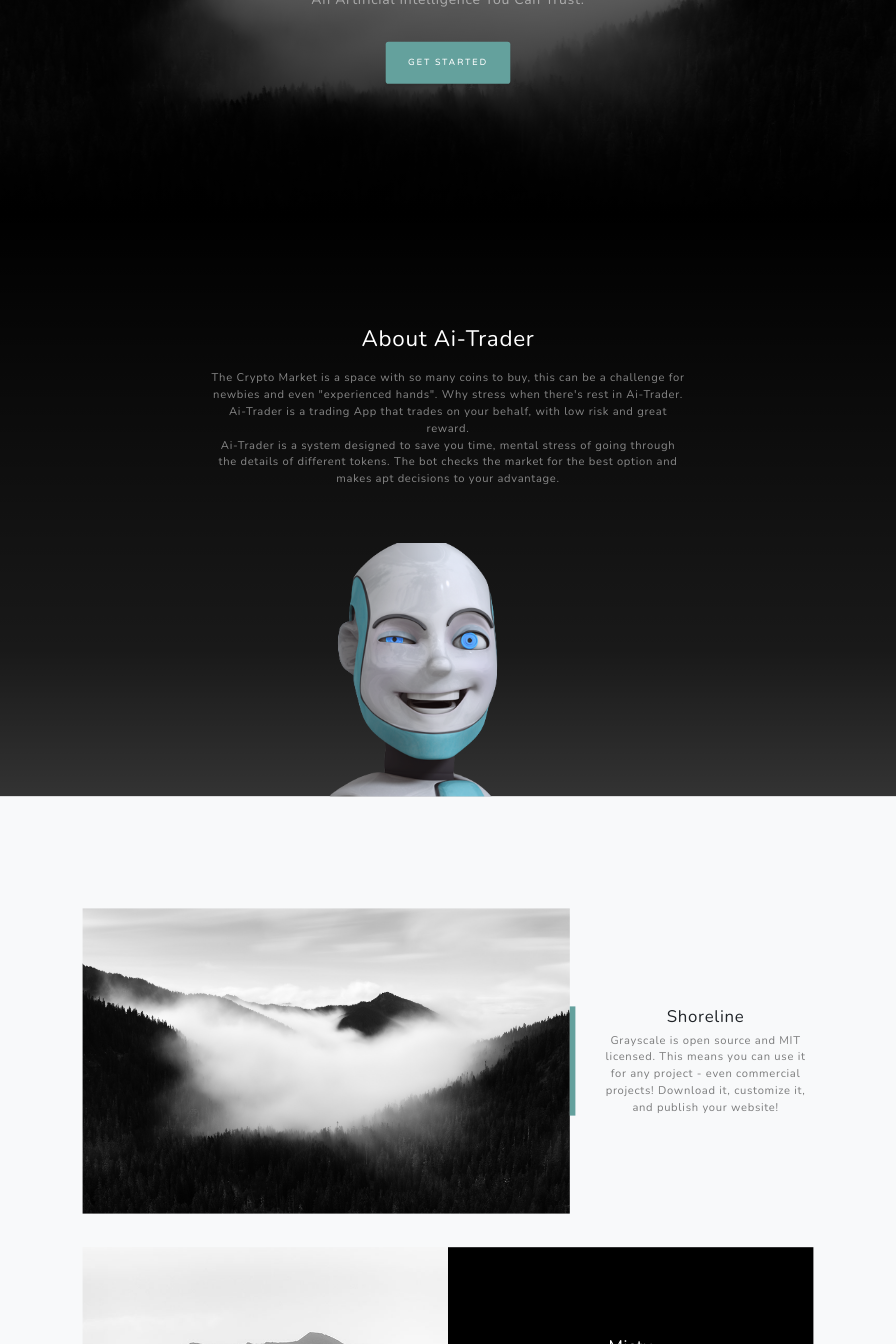
Repository: seyicoded/ico_one
Page: docs/index.html
These files come from the project's save history. The page is drawn as it stood at one moment and after the next save; the edit follows.
The browser window is 1280 px wide. The pictures show the part of the page from y = 414 to 2334 px (the page is 4197 px tall), at 70% of full size.

Above is the page before, as saved 2022-02-13 16:28:03.

### docs/index.html
<!DOCTYPE html>
<html lang="en">
    <head>
        <meta charset="utf-8" />
        <meta name="viewport" content="width=device-width, initial-scale=1, shrink-to-fit=no" />
        <meta name="description" content="" />
        <meta name="author" content="" />
        <title>Ai-Trader</title>
        <link rel="icon" type="image/x-icon" href="assets/favicon.ico" />
        <!-- Font Awesome icons (free version)-->
        <script src="https://use.fontawesome.com/releases/v5.15.4/js/all.js" crossorigin="anonymous"></script>
        <!-- Google fonts-->
        <link href="https://fonts.googleapis.com/css?family=Varela+Round" rel="stylesheet" />
        <link href="https://fonts.googleapis.com/css?family=Nunito:200,200i,300,300i,400,400i,600,600i,700,700i,800,800i,900,900i" rel="stylesheet" />
        <!-- Core theme CSS (includes Bootstrap)-->
        <link href="css/styles.css" rel="stylesheet" />
        <link href="css/animate.css" rel="stylesheet" />
        <link href="css/custom.css" rel="stylesheet" />
        <script src="js/jquery.js"></script>
        <script src="js/wow.js"></script>
        <script src="js/bs.js"></script>
        <script type="text/javascript">
            //Initiat WOW JS
            window.onload = function(){
                $("#loaderr").hide();
                new WOW().init();
            }
            // new WOW().init();
        </script>
        <style>
            #loaderr{
                position: fixed;
                z-index: 99;
                top: 0;
                bottom: 0;
                left: 0;
                right: 0;
                background: linear-gradient(grey, black);
                display: flex;
                justify-content: center;
                align-items: center;
            }
            #skip-loader{
                position: fixed;
                bottom: 3%;
                right: 3%;
                background-color: transparent;
                color: white;
                border: none;
            }
        </style>
    </head>
    <body id="page-top">
        <!--  loader start -->
        <div id="loaderr">
            <img src="assets/svg/Spin-0.5s-247px.svg" />
            <button id="skip-loader" onclick="$('#loaderr').hide()">skip</button>
        </div>
        <!-- loader stop -->

        <!-- Navigation-->
        <nav class="navbar navbar-expand-lg navbar-light fixed-top" id="mainNav">
            <div class="container px-4 px-lg-5">
                <a class="navbar-brand" href="#page-top">Ai-Trader</a>
                <button class="navbar-toggler navbar-toggler-right" type="button" data-bs-toggle="collapse" data-bs-target="#navbarResponsive" aria-controls="navbarResponsive" aria-expanded="false" aria-label="Toggle navigation">
                    Menu
                    <i class="fas fa-bars"></i>
                </button>
                <div class="collapse navbar-collapse" id="navbarResponsive">
                    <ul class="navbar-nav ms-auto">
                        <li class="nav-item"><a class="nav-link" href="#about">About</a></li>
                        <li class="nav-item"><a class="nav-link" href="#projects">Projects</a></li>
                        <li class="nav-item"><a class="nav-link" href="#signup">Contact</a></li>
                    </ul>
                </div>
            </div>
        </nav>
        <!-- Masthead-->
        <header class="masthead">
            <div class="container px-4 px-lg-5 d-flex h-100 align-items-center justify-content-center">
                <div class="d-flex justify-content-center">
                    <div class="text-center">
                        <h1 class="mx-auto my-0 text-uppercase wow fadeIn animated" data-wow-duration="1090ms" data-wow-delay="1000ms">We Got You Covered</h1>
                        <h2 class="text-white-50 mx-auto mt-2 mb-5 wow fadeIn animated" data-wow-duration="1090ms" data-wow-delay="1300ms">An Artificial Intelligence You Can Trust.</h2>
                        <a class="btn btn-primary wow fadeIn animated" href="#about"  data-wow-duration="1090ms" data-wow-delay="1600ms">Get Started</a>
                    </div>
                </div>
            </div>
        </header>
        <!-- About-->
        <section class="about-section text-center" id="about">
            <div class="container px-4 px-lg-5">
                <div class="row gx-4 gx-lg-5 justify-content-center">
                    <div class="col-lg-8">
                        <h2 class="text-white mb-4">About Ai-Trader</h2>
                        <p class="text-white-50">
                            The Crypto Market is a space with so many coins to buy, this can be a challenge for newbies and even "experienced hands". Why stress when there's rest in Ai-Trader. <br />
                            Ai-Trader is a trading App that trades on your behalf, with low risk and great reward. <br />
                            Ai-Trader is a system designed to save you time, mental stress of going through the details of different tokens. The bot checks the market for the best option and makes apt decisions to your advantage.
                        </p>
                    </div>
                </div>
                <img class="img-fluid" src="assets/img/ipad.png" alt="..." />
            </div>
        </section>
        <!-- Projects-->
        <section class="projects-section bg-light" id="projects">
            <div class="container px-4 px-lg-5">
                <!-- Featured Project Row-->
                <div class="row gx-0 mb-4 mb-lg-5 align-items-center">
                    <div class="col-xl-8 col-lg-7"><img class="img-fluid mb-3 mb-lg-0" src="assets/img/bg-masthead.jpg" alt="..." /></div>
                    <div class="col-xl-4 col-lg-5">
                        <div class="featured-text text-center text-lg-left">
                            <h4>Shoreline</h4>
                            <p class="text-black-50 mb-0">Grayscale is open source and MIT licensed. This means you can use it for any project - even commercial projects! Download it, customize it, and publish your website!</p>
                        </div>
                    </div>
                </div>
                <!-- Project One Row-->
                <div class="row gx-0 mb-5 mb-lg-0 justify-content-center">
                    <div class="col-lg-6"><img class="img-fluid" src="assets/img/demo-image-01.jpg" alt="..." /></div>
                    <div class="col-lg-6">
                        <div class="bg-black text-center h-100 project">
                            <div class="d-flex h-100">
                                <div class="project-text w-100 my-auto text-center text-lg-left">
                                    <h4 class="text-white">Misty</h4>
                                    <p class="mb-0 text-white-50">An example of where you can put an image of a project, or anything else, along with a description.</p>
                                    <hr class="d-none d-lg-block mb-0 ms-0" />
                                </div>
                            </div>
                        </div>
                    </div>
                </div>
                <!-- Project Two Row-->
                <div class="row gx-0 justify-content-center">
                    <div class="col-lg-6"><img class="img-fluid" src="assets/img/demo-image-02.jpg" alt="..." /></div>
                    <div class="col-lg-6 order-lg-first">
                        <div class="bg-black text-center h-100 project">
                            <div class="d-flex h-100">
                                <div class="project-text w-100 my-auto text-center text-lg-right">
                                    <h4 class="text-white">Mountains</h4>
                                    <p class="mb-0 text-white-50">Another example of a project with its respective description. These sections work well responsively as well, try this theme on a small screen!</p>
                                    <hr class="d-none d-lg-block mb-0 me-0" />
                                </div>
                            </div>
                        </div>
                    </div>
                </div>
            </div>
        </section>
        <!-- Signup-->
        <section class="signup-section" id="signup">
            <div class="container px-4 px-lg-5">
                <div class="row gx-4 gx-lg-5">
                    <div class="col-md-10 col-lg-8 mx-auto text-center">
                        <i class="far fa-paper-plane fa-2x mb-2 text-white"></i>
                        <h2 class="text-white mb-5">Subscribe to receive updates!</h2>
                        <!-- * * * * * * * * * * * * * * *-->
                        <!-- * * SB Forms Contact Form * *-->
                        <!-- * * * * * * * * * * * * * * *-->
                        <!-- This form is pre-integrated with SB Forms.-->
                        <!-- To make this form functional, sign up at-->
                        <!-- https://startbootstrap.com/solution/contact-forms-->
                        <!-- to get an API token!-->
                        <form class="form-signup" id="contactForm" data-sb-form-api-token="API_TOKEN">
                            <!-- Email address input-->
                            <div class="row input-group-newsletter">
                                <div class="col"><input class="form-control" id="emailAddress" type="email" placeholder="Enter email address..." aria-label="Enter email address..." data-sb-validations="required,email" /></div>
                                <div class="col-auto"><button class="btn btn-primary disabled" id="submitButton" type="submit">Notify Me!</button></div>
                            </div>
                            <div class="invalid-feedback mt-2" data-sb-feedback="emailAddress:required">An email is required.</div>
                            <div class="invalid-feedback mt-2" data-sb-feedback="emailAddress:email">Email is not valid.</div>
                            <!-- Submit success message-->
                            <!---->
                            <!-- This is what your users will see when the form-->
                            <!-- has successfully submitted-->
                            <div class="d-none" id="submitSuccessMessage">
                                <div class="text-center mb-3 mt-2 text-white">
                                    <div class="fw-bolder">Form submission successful!</div>
                                    To activate this form, sign up at
                                    <br />
                                    <a href="https://startbootstrap.com/solution/contact-forms">https://startbootstrap.com/solution/contact-forms</a>
                                </div>
                            </div>
                            <!-- Submit error message-->
                            <!---->
                            <!-- This is what your users will see when there is-->
                            <!-- an error submitting the form-->
                            <div class="d-none" id="submitErrorMessage"><div class="text-center text-danger mb-3 mt-2">Error sending message!</div></div>
                        </form>
                    </div>
                </div>
            </div>
        </section>
        <!-- Contact-->
        <section class="contact-section bg-black">
            <div class="container px-4 px-lg-5">
                <div class="row gx-4 gx-lg-5">
                    <div class="col-md-4 mb-3 mb-md-0">
                        <div class="card py-4 h-100">
                            <div class="card-body text-center">
                                <i class="fas fa-map-marked-alt text-primary mb-2"></i>
                                <h4 class="text-uppercase m-0">Address</h4>
                                <hr class="my-4 mx-auto" />
                                <div class="small text-black-50">4923 Market Street, Orlando FL</div>
                            </div>
                        </div>
                    </div>
                    <div class="col-md-4 mb-3 mb-md-0">
                        <div class="card py-4 h-100">
                            <div class="card-body text-center">
                                <i class="fas fa-envelope text-primary mb-2"></i>
                                <h4 class="text-uppercase m-0">Email</h4>
                                <hr class="my-4 mx-auto" />
                                <div class="small text-black-50"><a href="#!">hello@yourdomain.com</a></div>
                            </div>
                        </div>
                    </div>
                    <div class="col-md-4 mb-3 mb-md-0">
                        <div class="card py-4 h-100">
                            <div class="card-body text-center">
                                <i class="fas fa-mobile-alt text-primary mb-2"></i>
                                <h4 class="text-uppercase m-0">Phone</h4>
                                <hr class="my-4 mx-auto" />
                                <div class="small text-black-50">+1 (555) 902-8832</div>
                            </div>
                        </div>
                    </div>
                </div>
                <div class="social d-flex justify-content-center">
                    <a class="mx-2" href="#!"><i class="fab fa-twitter"></i></a>
                    <a class="mx-2" href="#!"><i class="fab fa-facebook-f"></i></a>
                    <a class="mx-2" href="#!"><i class="fab fa-github"></i></a>
                </div>
            </div>
        </section>
        <!-- Footer-->
        <footer class="footer bg-black small text-center text-white-50"><div class="container px-4 px-lg-5">Copyright &copy; Your Website 2021</div></footer>
        <!-- Bootstrap core JS-->
        <script src="https://cdn.jsdelivr.net/npm/bootstrap@5.1.3/dist/js/bootstrap.bundle.min.js"></script>
        <!-- Core theme JS-->
        <script src="js/scripts.js"></script>

        <!-- * * * * * * * * * * * * * * * * * * * * * * * * * * * * * * * * * * * * * * * *-->
        <!-- * *                               SB Forms JS                               * *-->
        <!-- * * Activate your form at https://startbootstrap.com/solution/contact-forms * *-->
        <!-- * * * * * * * * * * * * * * * * * * * * * * * * * * * * * * * * * * * * * * * *-->
        <script src="https://cdn.startbootstrap.com/sb-forms-latest.js"></script>
    </body>
</html>

### docs/js/scripts.js
/*!
* Start Bootstrap - Grayscale v7.0.4 (https://startbootstrap.com/theme/grayscale)
* Copyright 2013-2021 Start Bootstrap
* Licensed under MIT (https://github.com/StartBootstrap/startbootstrap-grayscale/blob/master/LICENSE)
*/
//
// Scripts
//

window.addEventListener('DOMContentLoaded', event => {

    // Navbar shrink function
    var navbarShrink = function () {
        const navbarCollapsible = document.body.querySelector('#mainNav');
        if (!navbarCollapsible) {
            return;
        }
        if (window.scrollY === 0) {
            navbarCollapsible.classList.remove('navbar-shrink')
        } else {
            navbarCollapsible.classList.add('navbar-shrink')
        }

    };

    // Shrink the navbar
    navbarShrink();

    // Shrink the navbar when page is scrolled
    document.addEventListener('scroll', navbarShrink);

    // Activate Bootstrap scrollspy on the main nav element
    const mainNav = document.body.querySelector('#mainNav');
    if (mainNav) {
        new bootstrap.ScrollSpy(document.body, {
            target: '#mainNav',
            offset: 74,
        });
    };

    // Collapse responsive navbar when toggler is visible
    const navbarToggler = document.body.querySelector('.navbar-toggler');
    const responsiveNavItems = [].slice.call(
        document.querySelectorAll('#navbarResponsive .nav-link')
    );
    responsiveNavItems.map(function (responsiveNavItem) {
        responsiveNavItem.addEventListener('click', () => {
            if (window.getComputedStyle(navbarToggler).display !== 'none') {
                navbarToggler.click();
            }
        });
    });

});

Loaded but not shown: docs/css/styles.css (library); docs/css/animate.css (library); docs/js/jquery.js (library); docs/js/wow.js (library); docs/js/bs.js (library); docs/css/custom.css (no stored copy; drawn as an empty file)

After the next save:
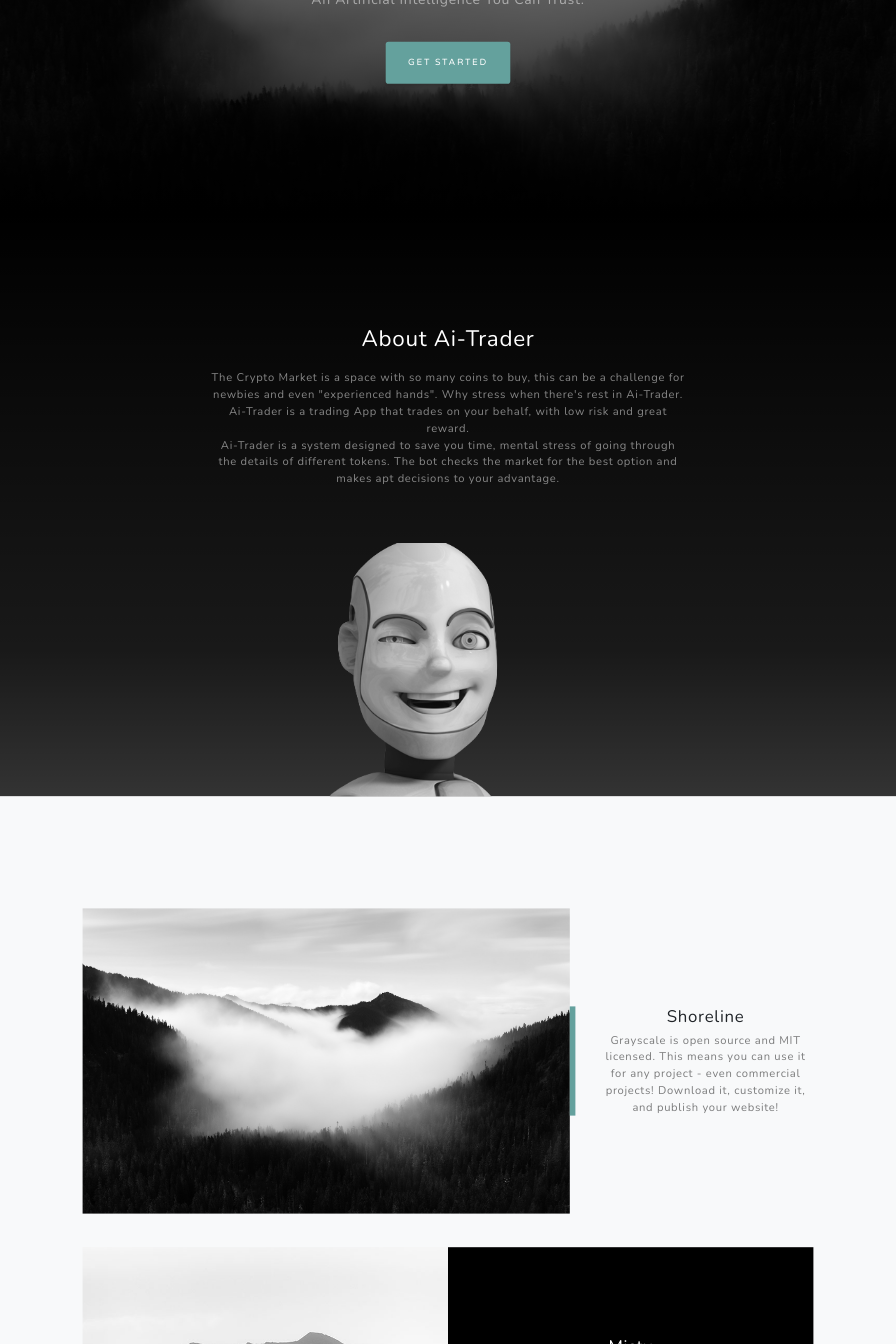
Saved 15 min 31 s later.
--- a/docs/index.html
+++ b/docs/index.html
@@ -100,7 +100,7 @@
                         </p>
                     </div>
                 </div>
-                <img class="img-fluid" src="assets/img/ipad.png" alt="..." />
+                <img class="img-fluid" src="assets/img/ipad.png" style="filter: grayscale(100%);" alt="..." />
             </div>
         </section>
         <!-- Projects-->
